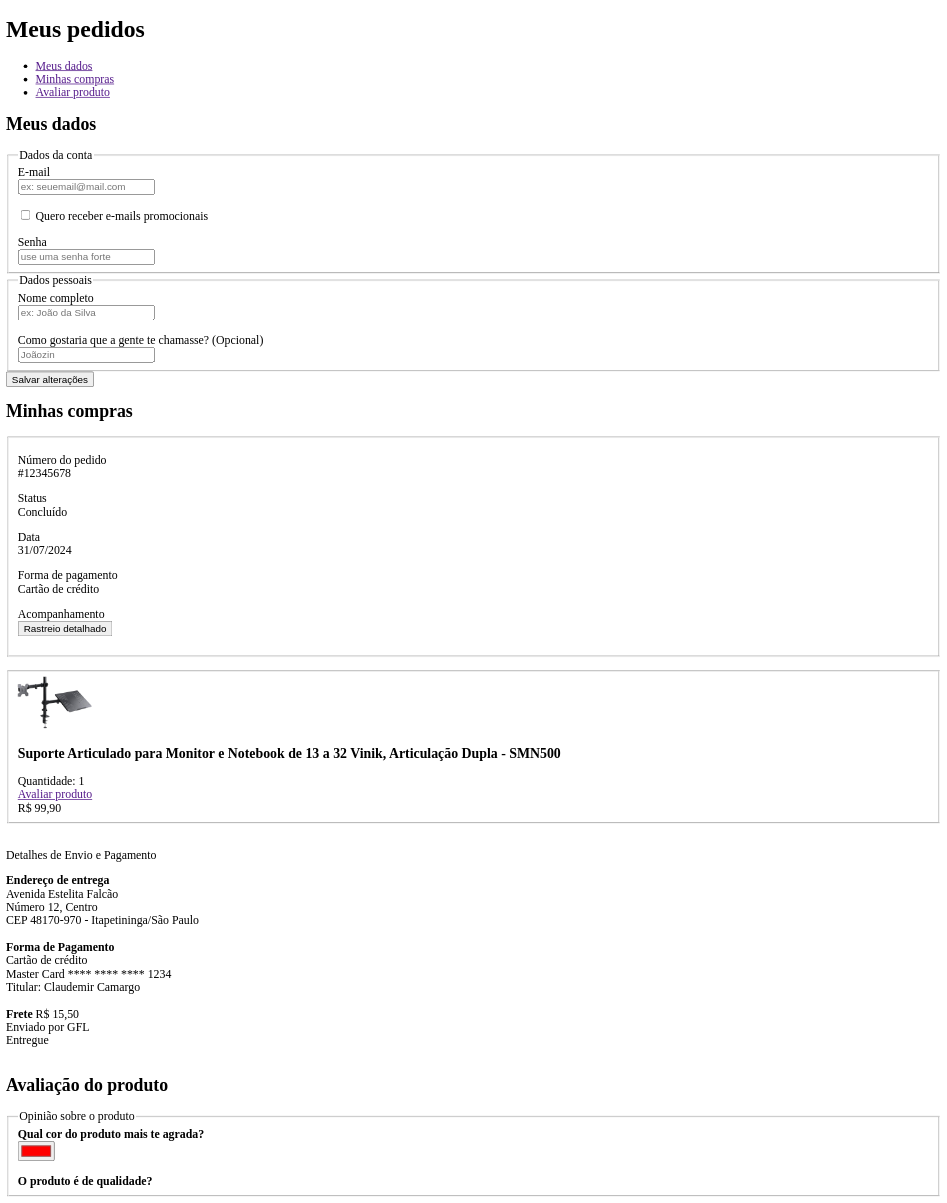
Repository: claudemir-camargo/site-compras
Page: index.html
An editor plug-in stored every save of this project. The page is shown before and after the next save, followed by the edit.
The browser window is 1280 px wide. The pictures show the whole page, at 74% of full size.

Above is the page before, as saved 2024-03-03 22:43:14.

### index.html
<!DOCTYPE html>
<html lang="en">

<head>
    <meta charset="UTF-8">
    <meta name="viewport" content="width=device-width, initial-scale=1.0">
    <link rel="stylesheet" type="text/css" href="css/style.css" />
    <title>Site de Compras</title>
</head>

<body>
    <h1>Meus pedidos</h1>
    <ul>
        <li><a href="">Meus dados</a></li>
        <li><a href="">Minhas compras</a></li>
        <li><a href="">Avaliar produto</a></li>
    </ul>
    <h2>Meus dados</h2>
    <!-- Conta -->
    <fieldset>
        <legend>Dados da conta</legend>
        <form>
            <label>E-mail</label><br>
            <input type="email" id="email" name="email" placeholder="ex: seuemail@mail.com"><br><br>
            <input type="checkbox">
            <label>Quero receber e-mails promocionais</label><br><br>
            <label>Senha</label><br>
            <input type="password" placeholder="use uma senha forte">
        </form>
    </fieldset>
    <!-- Pessoais -->
    <fieldset>
        <legend>Dados pessoais</legend>
        <form>
            <label>Nome completo</label><br>
            <input type="text" placeholder="ex: João da Silva"><br><br>
            <label>Como gostaria que a gente te chamasse? (Opcional) </label><br>
            <input type="text" placeholder="Joãozin">
        </form>
    </fieldset>
    <button type="button">Salvar alterações</button>
    <!-- Minhas compras -->
    <h2>Minhas compras</h2>
    <fieldset>
        <p>Número do pedido<br>#12345678</p>
        <p>Status<br>Concluído</p>
        <p>Data<br>31/07/2024</p>
        <p>Forma de pagamento<br>Cartão de crédito</p>
        <p>Acompanhamento<br><button>Rastreio detalhado</button></p>
    </fieldset>
    <!-- Produto -->
    <br>
    <fieldset>
        <img src="img/suporte.jpg" alt="Suporte">
        <h3>
            <p>Suporte Articulado para Monitor e Notebook de 13 a 32 Vinik,
                Articulação Dupla - SMN500</p>
        </h3>
        Quantidade: 1<br>
        <a href="">Avaliar produto</a><br>
        R$ 99,90
    </fieldset>
    <br>
    <p>Detalhes de Envio e Pagamento</p>
    <strong>Endereço de entrega</strong><br>
    Avenida Estelita Falcão<br>
    Número 12, Centro<br>
    CEP 48170-970 - Itapetininga/São Paulo
    <br><br>
    <strong>Forma de Pagamento</strong><br>
    Cartão de crédito<br>
    Master Card **** **** **** 1234<br>
    Titular: Claudemir Camargo
    <br><br>
    <strong>Frete</strong>
    R$ 15,50<br>
    Enviado por GFL<br>
    Entregue
    <br><br>
    <h2>Avaliação do produto</h2>
    <fieldset>
        <legend>Opinião sobre o produto</legend>
        <form>
            <label><strong>Qual cor do produto mais te agrada?</strong></label><br>
            <input type="color" value="#ff0000"><br><br>
            <label><strong>O produto é de qualidade?</strong></label>
        </form>


    </fieldset>



</body>

</html>

### css/style.css
img {
    height: 70px;
    width: 100px;
}

After the next save:
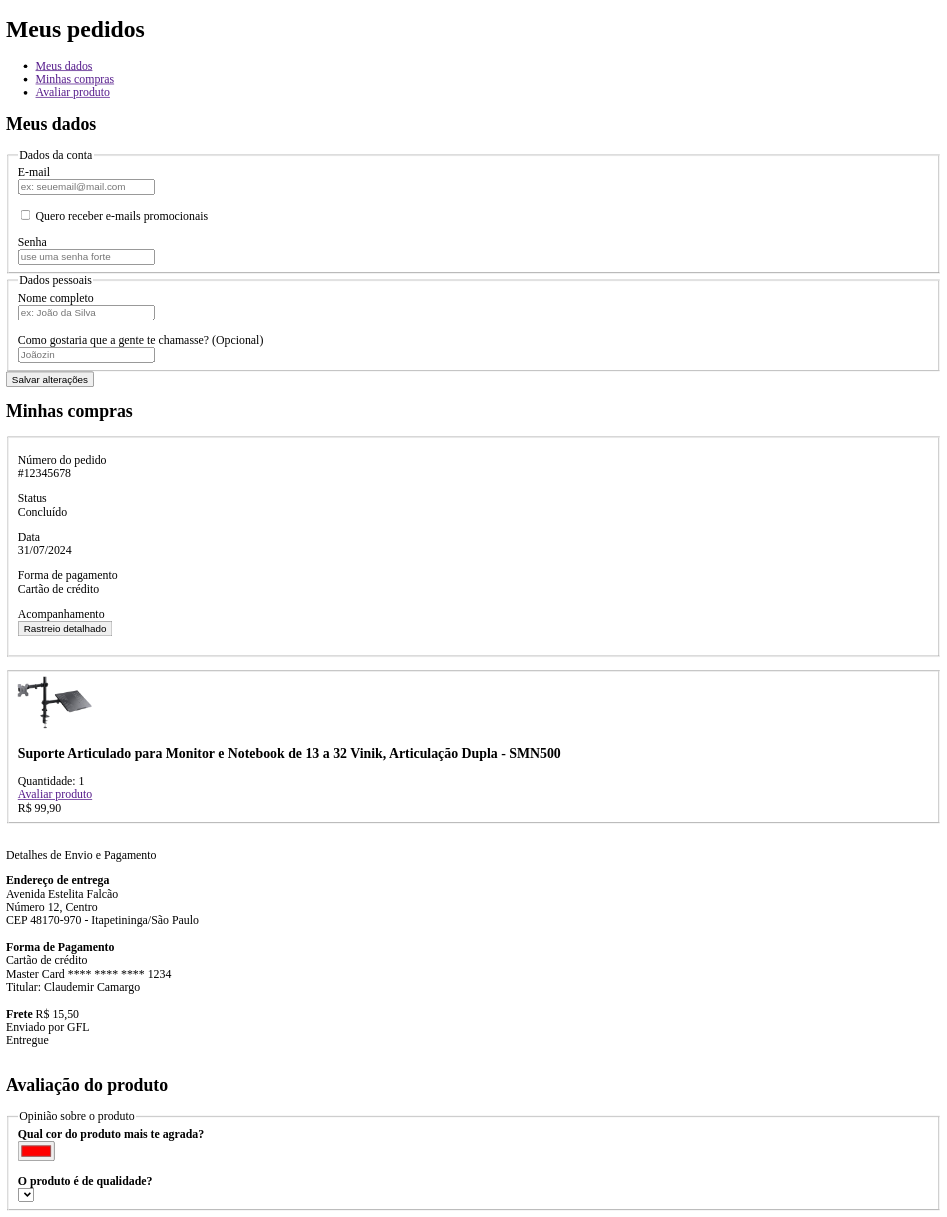
Saved 38 s later.
--- a/index.html
+++ b/index.html
@@ -83,7 +83,10 @@
         <form>
             <label><strong>Qual cor do produto mais te agrada?</strong></label><br>
             <input type="color" value="#ff0000"><br><br>
-            <label><strong>O produto é de qualidade?</strong></label>
+            <label><strong>O produto é de qualidade?</strong></label><br>
+            <select type="">
+
+            </select>
         </form>
 
 
